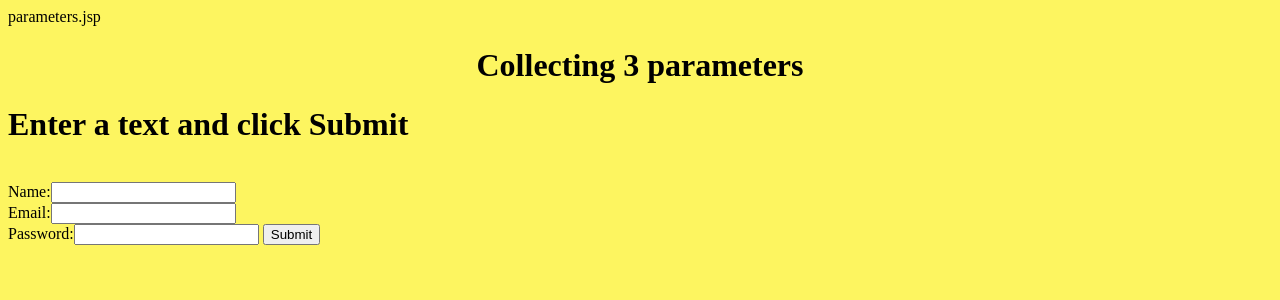
Repository: sujay1995/ajplabs
Page: http://localhost/lab8/Param.jsp
These files come from the project's save history. The page is drawn as it stood at one moment and after the next save; the edit follows.
The browser window is 1280 px wide. The pictures show the whole page.
The page is served by Tomcat 9.

Above is the page before, as saved 2019-10-16 08:31:47.

### lab8/WebContent/Param.jsp
parameters.jsp
<%@ page language="java" contentType="text/html; charset=UTF-8"
    pageEncoding="UTF-8"%>
<!DOCTYPE html>
<html>
<head>
<meta charset="UTF-8">
<title>Insert title here</title>
</head>
<body bgcolor="#FDDF5E6">
<h1 align="center">Collecting 3 parameters</h1>
<form name="testForm" action="param2.jsp">
          <H1>Enter a text and click Submit</H1>
          <br/>
           Name:<input type="text" name="testParam"><br/>
           Email:<input type="text" name="email"><br/>
           Password:<input type="password" name="pwd">
           <input type="submit">
        </form>
</body>
</html>

After the next save:
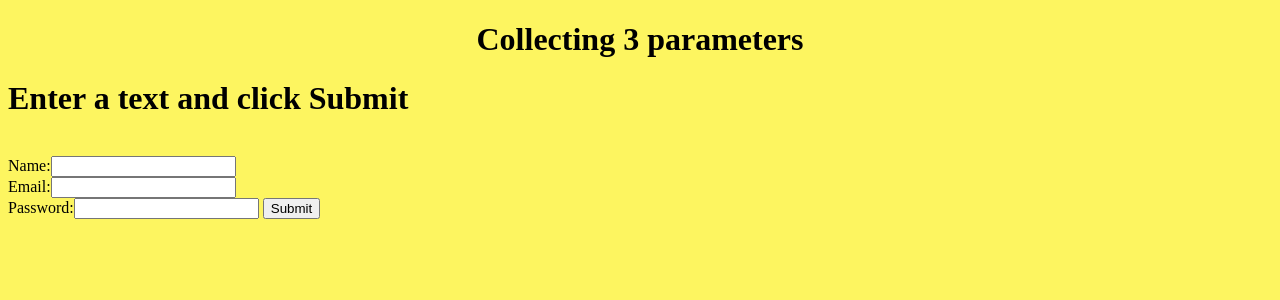
Saved 7 s later.
--- a/lab8/WebContent/Param.jsp
+++ b/lab8/WebContent/Param.jsp
@@ -1,4 +1,3 @@
-parameters.jsp
 <%@ page language="java" contentType="text/html; charset=UTF-8"
     pageEncoding="UTF-8"%>
 <!DOCTYPE html>
